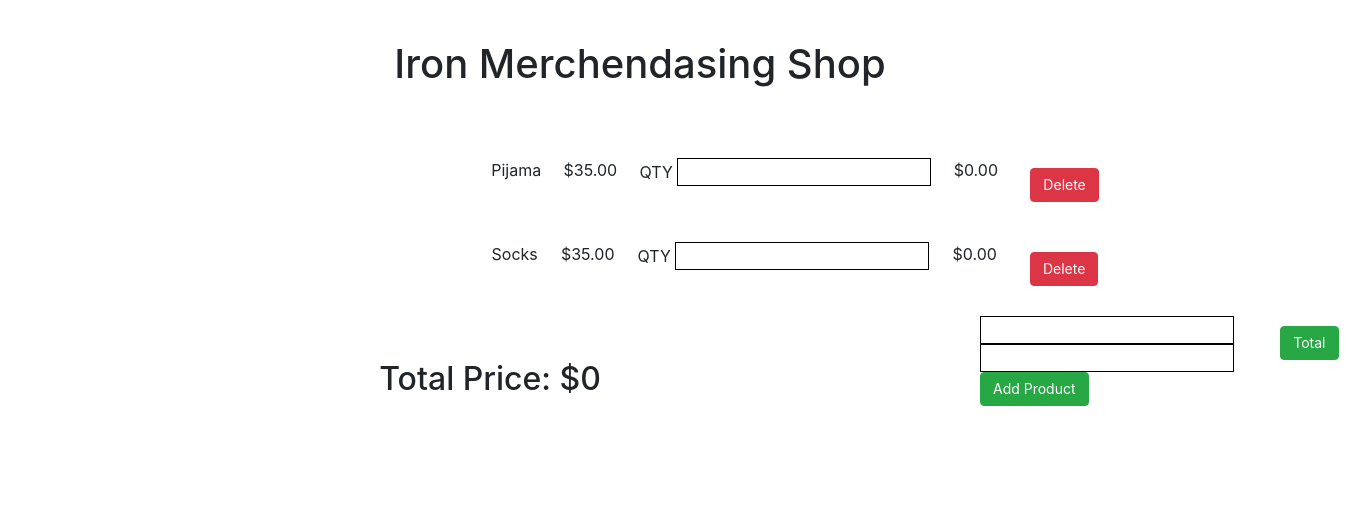
Repository: konstantin0s/lab-cart-DOM
Page: index.html
The author's editor kept a copy of each file at every save. The page is drawn from the files as they stood at one save, then again after the next save.
The browser window is 1280 px wide. The page is 1339 px wide, then 1357 px, then 1339 px, so the pictures cover 1357 px, including what lies to the right of the window. The pictures show the whole page.
Some web libraries are served in a nearby version.

Above is the page before, as saved 2019-02-04 09:51:18.
Console error: TypeError: Cannot set properties of null (setting 'onclick')

### index.html
<!DOCTYPE html>
<html lang="en">
<head>
  <meta charset="UTF-8">
  <meta name="viewport" content="width=device-width, initial-scale=1.0">
  <meta http-equiv="X-UA-Compatible" content="ie=edge">
  <link rel="stylesheet" href="https://cdnjs.cloudflare.com/ajax/libs/normalize/5.0.0/normalize.min.css">
  <link rel="stylesheet" href="./css/style.css">
  <link rel="stylesheet" href="https://stackpath.bootstrapcdn.com/bootstrap/4.2.1/css/bootstrap.min.css">
  <title>Ironhack cart</title>
</head>

<body>
  <h1  class="title">Iron Merchendasing Shop</h1>
<!--
  <div class="container mt-4" id="amess">
    <h1 class="display-4 text-center">
      <i class="fas fa-book-open text-primary"></i>
      My <span class="text-primary">Products</span>List
      </h1>
      <form action="" id="product-form">
        <div class="form-group">
          <label for="product">Product</label>
          <input id="newProd" class="form-control" type="text">
        </div>
        <div class="form-group">
          <label for="price">$:</label>
          <input id="newPrice" class="form-control" type="text">
        </div>
        <div class="form-group">
          <label for="quantity">QTY</label>
          <input id="newQty" class="form-control" type="text">
        </div>
        <input type="submit" value="Add Product"
          class="btn btn-primary btn-block">
     </form>
        <table class="table table-striped">
          <thead>
            <tr>
              <th>Product:</th>
              <th class="fPrice">Price:</th>
              <th class="fQua">Quantity:</th>
              <th class="fTotal">Total:</th>
              <th></th>
            </tr>
          </thead>
            <tbody id="product-list"></tbody>
          </table>
  </div>   -->


  <div id="container">
       <div class="product">
        <div class="name">
          <span>Pijama</span>
        </div>
        <div class="price">
          $<span>35.00</span>
        </div>
        <div>
          <label>QTY</label>
          <input type="number" name="quantity" class="quantity">
        </div>
        <div class="totalP">
          $<span>0.00</span>
        </div>
        <div class="remove">
            <button class="button btn-danger" type="button">Delete</button>
        </div>
      </div>

      <div class="product">
          <div class="name">
            <span>Socks</span>
          </div>
          <div class="price">
            $<span>35.00</span>
          </div>
          <div>
            <label>QTY</label>
            <input type="number" name="quantity" class="quantity">
          </div>
          <div class="totalP">
            $<span>0.00</span>
          </div>
          <div class="remove" id="remove">
              <button class="button btn-danger" type="button">Delete</button>
          </div>
        </div>

     <div>
    <!--Ouside container-->
     <form action="" id="addNewProd">
       <input type="text" name="product" id="newProd">
       <input type="text" name="price" id="newPrice">
       <button type="submit" class="button btn-success" id="addExtra">Add Product</button>
     </form>

     <div class="addBC-container">
      <div class="calculate">
         <button type="button" class="button btn-success" id="calc-prices-button">Total</button>
      </div>

    <!-- <div class="addPBtn">
      <button type="button" class="button btn-success" id="addExtra">Add Product</button>
    </div> -->

    <h2 id="cart-total-price">
      Total Price: $<span>0</span>
    </h2>

    </div>



      <script type="text/javascript" src="./js/index.js"></script>

</body>
</html>

### css/style.css

body{
  overflow-x: hidden;
  z-index: 1000;
}

.title {
  text-align: center;
  padding: 40px;
}

.container {
  display: flex;
  flex-direction: row;
}

input {
  border: solid 1px black;
}

.product {
  display: flex;
  flex-direction: row;
  justify-content: space-around;
  width: 50%;
  margin: 30px 0 0 480px;
}

.button {
  display: inline-block;
  padding: 6px 12px;
  margin-bottom: 0;
  font-size: 14px;
  font-weight: 400;
  line-height: 1.42857143;
  text-align: center;
  white-space: nowrap;
  vertical-align: middle;
  -ms-touch-action: manipulation;
  touch-action: manipulation;
  cursor: pointer;
  -webkit-user-select: none;
  -moz-user-select: none;
  -ms-user-select: none;
  user-select: none;
  background-image: none;
  border: 1px solid transparent;
  border-radius: 4px;
}

.btn-success {
    color: #fff;
    background-color: #5cb85c;
    border-color: #4cae4c;
}

.cost-1 {
  margin: 10px;

}

.input {
  margin: 10px;
}

.totalP-1 {
  margin: 10px;
}



/* add total & product container */
.addBC-container {
    display: flex;
    flex-direction: column;
    margin:20px 0 20px 0;
}

/* Add new product button*/
.addPBtn {
  margin:10px 0 0 1280px;
  display: flex;
  flex-direction: column;
  width: 6%;
}

#cart-total-price {
  display: flex;
  justify-content: center;
}

/* total button*/
.calculate {
  margin:10px 0 0 1280px;
  display: flex;
  flex-direction: column;
  width: 6%;
}

.remove {
  margin: 10px;
}

.btn-danger {
    color: #fff;
    background-color: #CF000F;
    border-color: #CF000F;
}


.newPrice {
  position: relative;;
  top: 200px;
  left: 100px;
}

.prices .newPrice {
  position: relative;;
  top: 200px;
  left: 100px;
}

/* .quantity {
  margin: 0px 5px;
  height: 30px;
} */

#addNewProd {
  display: flex;
  flex-direction: column;
  justify-content: center;
  /* position: relative; */
  float: right;
  left: -135px;
  top: -230px;
  width: 300px;
  display: inline-block;
}
/*
 .newRowItems .quan {
  position: relative;
  top: -130px;
  left: 460px;
}

 .newRowItems input{
  position: relative;
  top: -91px;
  left: 190px;
 }


 .newRowItems .inputQua{
  position: relative;
  top: -80px;
  left: 380px;
 }

  .newRowItems .defPrice{
  position: relative;
  top: -210px;
  left: 845px;
 } */ */

 /* style new added new products*/
 /* #amess {
   display:flex;
   width:50%;
   height: 500px;
   flex-direction: column;
   /* align-items: center; */
   /* margin-bottom: 300px;
   left: -400px;
 } */

/*
.newRowItems button {
  position: relative;
  top: -253px;
  left: 890px;
  width: 70px;
  display: inline-block;
  padding: 6px 12px;
  margin-bottom: 0;
  font-size: 14px;
  font-weight: 400;
  line-height: 1.42857143;
  text-align: center;
  white-space: nowrap;
  vertical-align: middle;
  -ms-touch-action: manipulation;
  touch-action: manipulation;
  cursor: pointer;
  -webkit-user-select: none;
  -moz-user-select: none;
  -ms-user-select: none;
  user-select: none;
  background-image: none;
  border: 1px solid transparent;
  border-radius: 4px;

} */

### js/index.js



  // document.getElementById("addExtra").addEventListener("click", createNewItemRow);
  // document.getElementById("addExtra").addEventListener("click", createQuantityNode);
  // document.getElementById("addExtra").addEventListener("click", createQuantityInput);
  // document.getElementById("addExtra").addEventListener("click", getPriceByProduct);
  // document.getElementById("addExtra").addEventListener("click",   createDeleteButton);
  // document.getElementById("calc-prices-button").addEventListener("click", calculatePriceProducts);



var prodList = document.querySelector('#container');
prodList.addEventListener("click", deleteItem);

function deleteItem(e){
 if (e.target.classList.contains("btn-danger")) {
    if (confirm("Are you sure?")) {

      //removes the product div (which is parent of remove div and remove div is parent of btn-danger)
      var prod = e.target.parentElement.parentElement.remove();
      console.log(prod);
     }

    }

}


function getPriceByProduct(itemNode){
  // var h5 = document.createElement("H5");                       // Create a <p> element
  // itemNode = document.createTextNode("$0 ");
  // h5.className = 'defPrice';     // Create a text node
  // h5.appendChild(itemNode);                                          // Append the text to <p>
  // document.getElementsByClassName("newRowItems")[0].appendChild(h5);
}


function updatePriceByProduct(productPrice, index){

}



function getTotalPrice() {  //works individual products
  var products = document.getElementsByClassName("product");
  var cartTotalPrice = document.querySelector("#cart-total-price span"); //update dinamic on each input.
  cartTotalPrice.innerText = 0;


  for (var i = 0; i < products.length; i++) {
   products[i].querySelector(".totalP span").innerText =
   Number(Number(products[i].querySelector(".price span").innerText) *
    Number(products[i].querySelector(".quantity").value));

   cartTotalPrice.innerText = Number(cartTotalPrice.innerText) +
   Number(products[i].querySelector(".totalP span").innerText);
  }
}







function createQuantityInput() {
// var label = document.createElement("LABEL");
// label.className = 'inputQua';
// var quaInput = document.createElement("INPUT");
// label.appendChild(quaInput);
// document.getElementsByClassName('newRowItems')[0].appendChild(label);
}

function createDeleteButton(){
// var button = document.createElement("BUTTON");
// button.className = 'button btn-delete';
// var quaDel = document.createTextNode("Delete");
// button.appendChild(quaDel);
// document.getElementsByClassName('newRowItems')[0].appendChild(button);
}

function createQuantityNode(){
  // var h5 = document.createElement("H5");
  // h5.className = 'quan';                       // Create a <p> element
  // var quaNode = document.createTextNode("Quantity: ");      // Create a text node
  // h5.appendChild(quaNode);                                          // Append the text to <p>
  // document.getElementsByClassName("newRowItems")[0].appendChild(h5);
}

function createItemNode(dataType, itemData){

}

  //Form submit event
var form = document.querySelector("#addNewProd");
form.addEventListener("submit", createNewItemRow);
//add new product here
var prodList = document.querySelector("#container");
//get new product value

function createNewItemRow(e){
  e.preventDefault();
  //get new product value
  var newProd = document.getElementById("newProd").value;
  var newPr = document.getElementById("newPrice").value;

  //new div & span product name
  var div = document.createElement("div");
  div.className = "product";
  var span = document.createElement("span");

  //append new product to new span
  span.appendChild(document.createTextNode(newProd));
  div.appendChild(span);


 //new div & span product name
 var divPrice = document.createElement("div");
 divPrice.className = "price";
 var spanPrice = document.createElement("span");
//  spanPrice.className = "newPrice";
//  console.log(spanPrice);
 divPrice.appendChild(spanPrice);
 console.log(divPrice);
 console.log(spanPrice);
 //append new product to new span
 spanPrice.appendChild(document.createTextNode(newPr));

  // var divQua = document.createElement("div");
  // var quaSpan = document.createElement("input");
  // divQua.appendChild(quaSpan);

  // var divDel = document.createElement("div");
  // divDel.className = "remove";
  // var deleteBtn = document.createElement("button");
  // deleteBtn.className ="button btn-danger";
  // deleteBtn.appendChild(document.createTextNode("Delete"));
  // divDel.appendChild(deleteBtn);


  //add new product to the div container
   prodList.appendChild(div);
   console.log(prodList);




  // var h5 = document.createElement("H5");                       // Create a <p> element
  // itemName = document.createTextNode("Sexy Shirt: ");
  // h5.className = 'sexy';     // Create a text node
  // h5.appendChild(itemName);                                          // Append the text to <p>
  // document.getElementsByClassName("newRowItems")[0].appendChild(h5);

  // var label = document.createElement("LABEL");
  // var par = document.createElement("P");                       // Create a <p> element
  // var dollar = document.createTextNode("$");
  // par.appendChild(dollar);
  // itemUnitPrice = document.createElement("INPUT");
  // label.appendChild(itemUnitPrice);
  // document.getElementsByClassName('newRowItems')[0].appendChild(par);
  // document.getElementsByClassName('newRowItems')[0].appendChild(label);

}

function createNewItem(){

}

window.onload = function(){
  var calculatePriceButton = document.getElementById('calc-prices-button');
  var createItemButton = document.getElementById('new-item-create');
  var deleteButtons = document.getElementsByClassName('btn-delete');

  calculatePriceButton.onclick = getTotalPrice;
  createItemButton.onclick = createNewItem;

  for(var i = 0; i<deleteButtons.length ; i++){
    deleteButtons[i].onclick = deleteItem;
  }
};




// class Product {
//   constructor(name, price, quantity) {
//     this.name = name;
//     this.price = price;
//     this.quantity = quantity;
//   }
// }

// //local storage
// class Store {
//   static getProducts() {
//     var products;
//     if (localStorage.getItem('products') === null) {
//       products = [];
//     } else {
//       products = JSON.parse(localStorage.getItem('products'));
//     }

//     return products;
//   }

//   static addProduct(product) {
//      var products = Store.getProducts();
//        products.push(product);
//        localStorage.setItem('products', JSON.stringify(products));
//   }

//   static removeProduct(quantity) {
//     var products = Store.getProducts();
//     products.forEach((product, index) => {
//       if (product.quantity === quantity) {
//         products.splice(index, 1);
//       }
//     });

//     localStorage.setItem('products', JSON.stringify(products));

//   }
// }

// class UI {
//   static displayProducts() {

//      const products = Store.getProducts();

//      products.forEach((product) => UI.addProductToList(product));

//      }
//      static addProductToList(product) {
//       var list = document.querySelector("#product-list");
//       var  row = document.createElement("TR");
//       row.innerHTML = `
//       <td>${product.name}</td>
//       <td>${product.price}</td>
//       <td>${product.quantity}</td>
//       <td><a href="#" class="btn btn-danger btn-sm
//        delete">X</a></td>
//      `;

//       list.appendChild(row);
//   }

//   static deleteProduct(el) {
//     if (el.classList.contains("delete")) {
//         el.parentElement.parentElement.remove(); // deletes tr
//     }
//   }

//   static showAlert(message, className) {
//   var div = document.createElement('div');
//      div.className = `alert alert-${className}`;
//      div.appendChild(document.createTextNode(message));
//      var container = document.querySelector('#amess');
//      var form = document.querySelector('#product-form');
//      container.insertBefore(div, form);
//      setTimeout(() => document.querySelector('.alert').remove(), 3000);
//   }

//   static clearFields() {
//     const name = document.querySelector("#newProd").value = "";
//     const price = document.querySelector("#newPrice").value = "";
//     const quantity = document.querySelector("#newQty").value = "";
//   }
// }


// document.addEventListener("DOMContentLoaded", UI.displayProducts);

// document.querySelector("#product-form").addEventListener("submit", (e) => {
//   // e.preventDefault();
//   const name = document.querySelector("#newProd").value;
//   const price = document.querySelector("#newPrice").value;
//   const quantity = document.querySelector("#newQty").value;

//   //validate
//   if (name === '' || price === '' || quantity === '') {
//     UI.showAlert('please fill in all fields', 'danger');
//   } else {
//     const product = new Product(name, price, quantity);

//     UI.addProductToList(product);

//     //add product to Store
//     Store.addProduct(product);

//     UI.clearFields();
//   }


// });

// //delete product
// document.querySelector("#product-list").addEventListener("click", (e) => {
//   UI.deleteProduct(e.target);

//   //remove product from store
// Store.removeProduct(e.target.parentElement.previousElementSibling.textContent);

// });

After the next save:
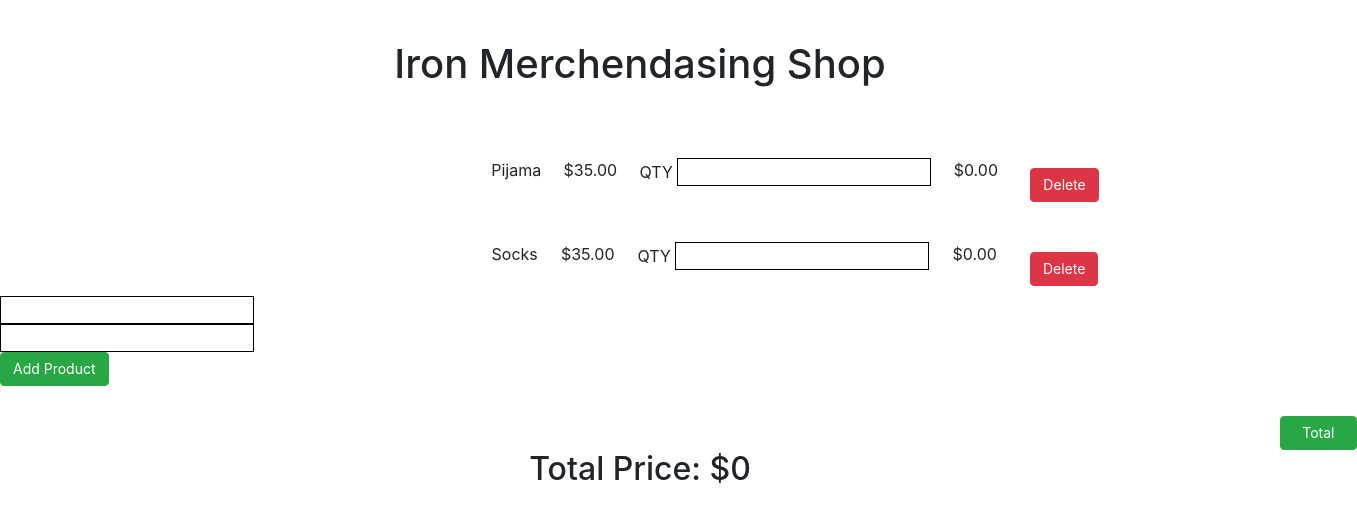
Saved 13 s later.
--- a/css/style.css
+++ b/css/style.css
@@ -126,12 +126,9 @@
 } */
 
 #addNewProd {
-  display: flex;
-  flex-direction: column;
-  justify-content: center;
-  /* position: relative; */
+ /
   float: right;
-  left: -135px;
+  left: -735px;
   top: -230px;
   width: 300px;
   display: inline-block;

After the save that followed:
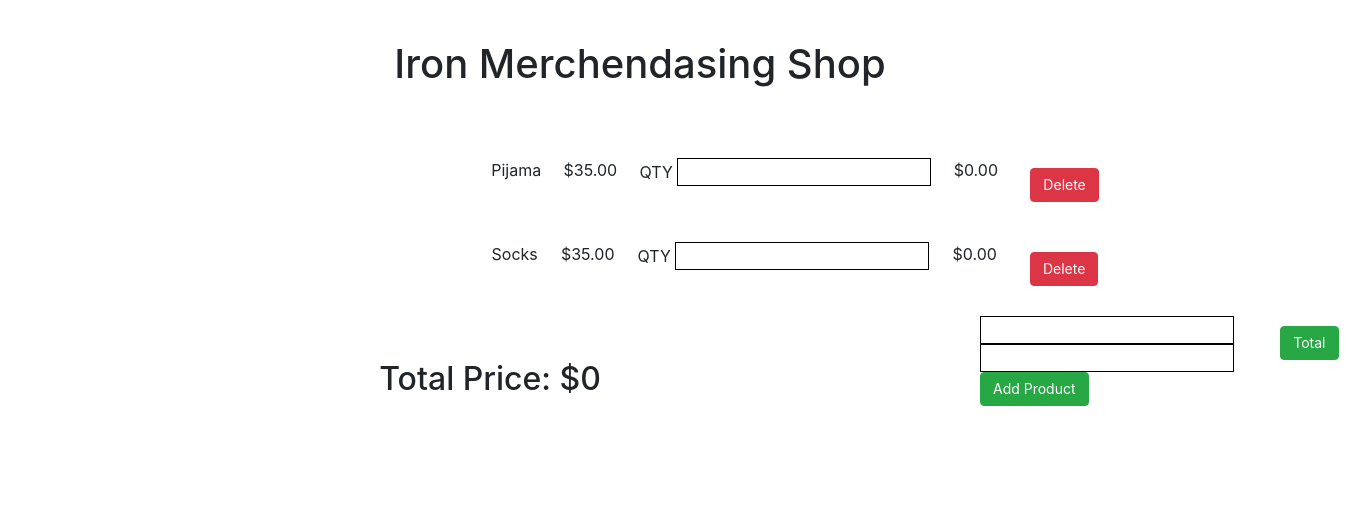
Saved 5 s later.
--- a/css/style.css
+++ b/css/style.css
@@ -126,7 +126,6 @@
 } */
 
 #addNewProd {
- /
   float: right;
   left: -735px;
   top: -230px;
